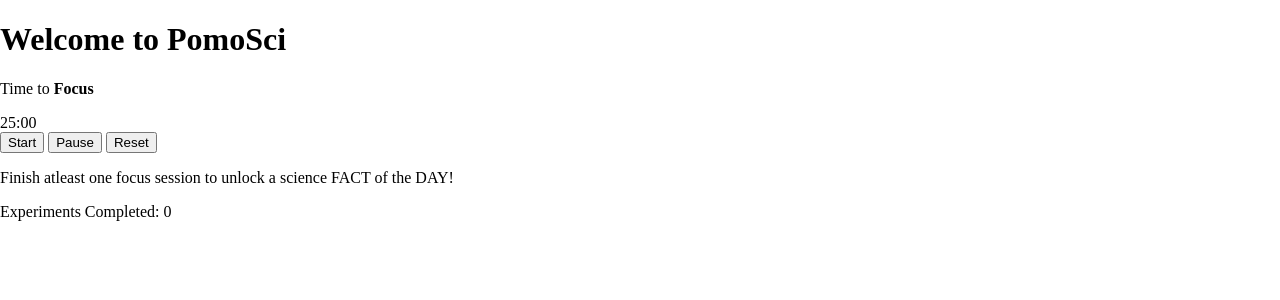
Repository: manayparikh1/Pomosci
Page: index.html
The author's editor kept a copy of each file at every save. The page is drawn from the files as they stood at one save, then again after the next save.
The browser window is 1280 px wide. The pictures show the whole page.

Above is the page before, as saved 2026-11-13 13:06:29.

After the next save:
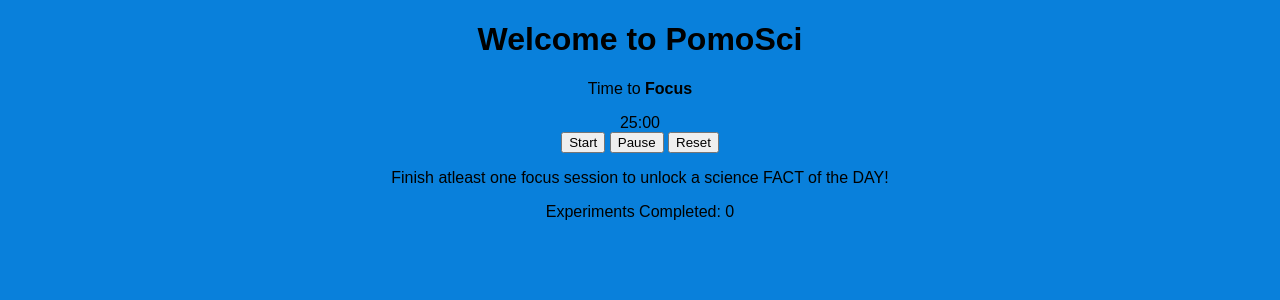
Saved 84 s later.
--- a/index.html
+++ b/index.html
@@ -34,10 +34,7 @@
 
             <style>
                 body {
-                    margin: 0;
-                    min-height: 85vh;
-                    display: flex;
-
-
+                    font-family: Arial;
+                    background-color: rgb(9, 128, 219);
+                    text-align: center;
                 }
-            </style>
